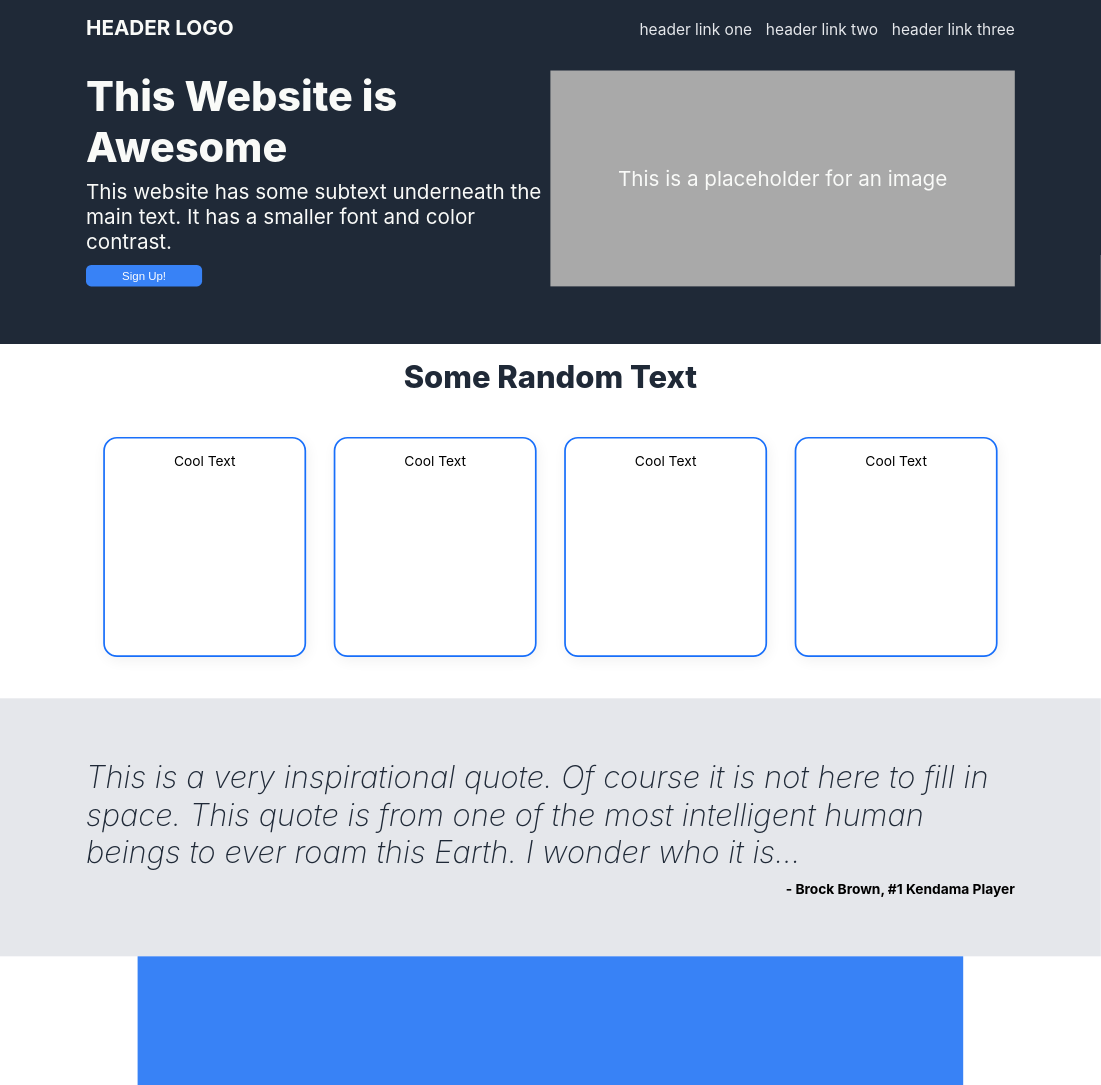
Repository: bbrockbrown/landing-page
Page: index.html
These files come from the project's save history. The page is drawn as it stood at one moment and after the next save; the edit follows.
The browser window is 1280 px wide. The pictures show the whole page, at 86% of full size.

Above is the page before, as saved 2024-07-24 16:03:53.

After the next save:
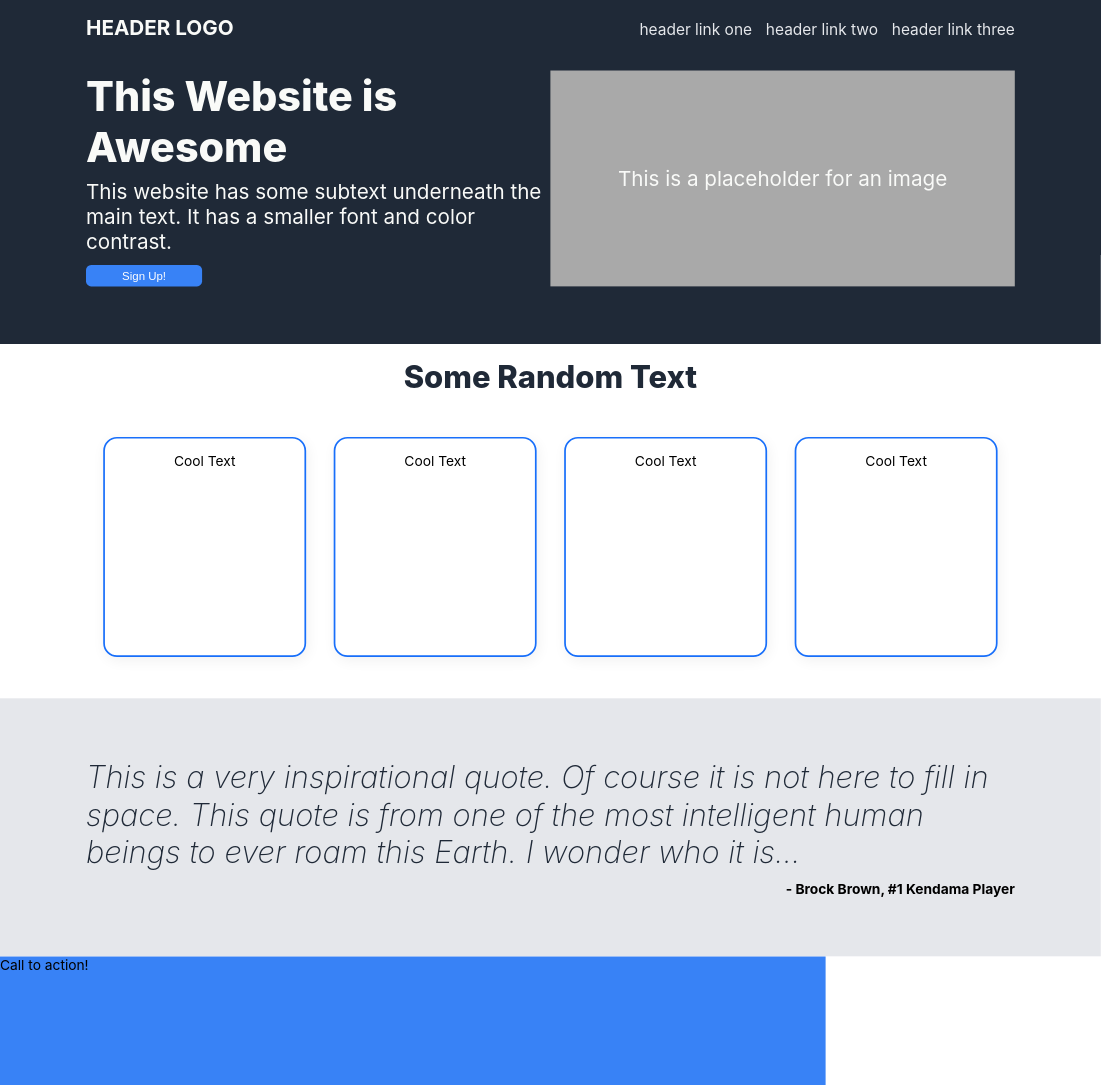
Saved 41 s later.
--- a/index.html
+++ b/index.html
@@ -57,10 +57,10 @@
                 - Brock Brown, #1 Kendama Player
             </div>
         </div>
+    </div>
 
-        <div class="sign-up-container">
-
-        </div>
+    <div class="sign-up-container">
+            Call to action!
     </div>
 
 
